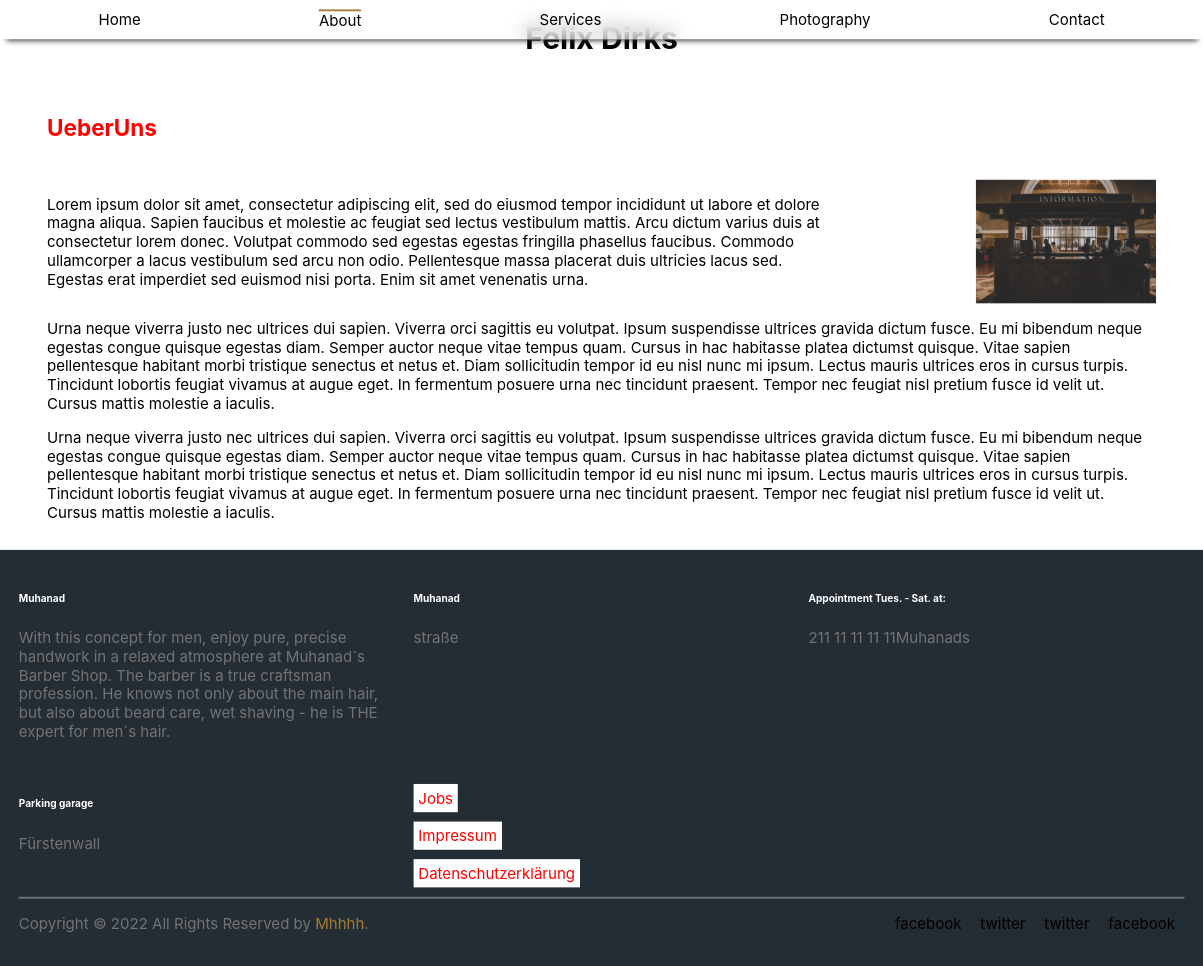
Repository: muhanad-musawi/backend-projekt-frondend
Page: /About (app in pohtographer/)
An editor plug-in stored every save of this project. The page is shown before and after a run of saves, followed by the edit.
The browser window is 1280 px wide. The pictures show the whole page, at 94% of full size.
The project was rebuilt for these pictures with package versions that can differ from the ones it lists, and the page was loaded fresh each time. The framework's server and built-in components were replaced by stand-ins that run in the browser. Also part of the build but not shown: pohtographer/next.config.js.

Above is the page before, as saved 2022-03-27 16:20:10.

### pohtographer/pages/_app.js
import '../styles/globals.css'
import Layout from '../layouts/default'

function MyApp({ Component, pageProps }) {


  const getLayout = Component.getLayout
  || ((page) => (<Layout>{page}</Layout>))

  return  getLayout (<Component {...pageProps} />


  )

}

export default MyApp

### pohtographer/pages/About.jsx

import styles from '../styles/main.module.css'
import Image from 'next/image'
import imgA from '../img/philip-strong-iOBTE2xsYko-unsplash.jpg'


function UeberUns() {
  return (
    <div>

    <div className={styles.mainContent}  >

    <h2 className={styles.hTwo} >UeberUns</h2>

    <div  className={styles.imgText} >
    <p className={styles.text} >Lorem ipsum dolor sit amet, consectetur adipiscing elit, sed do eiusmod tempor incididunt ut labore et dolore magna aliqua. Sapien faucibus et molestie ac feugiat sed lectus vestibulum mattis. Arcu dictum varius duis at consectetur lorem donec. Volutpat commodo sed egestas egestas fringilla phasellus faucibus. Commodo ullamcorper a lacus vestibulum sed arcu non odio. Pellentesque massa placerat duis ultricies lacus sed. Egestas erat imperdiet sed euismod nisi porta. Enim sit amet venenatis urna.
    </p>
    <Image width={192}  height={118} src={imgA} alt="" />
    </div>

    <p  className={styles.text}>Urna neque viverra justo nec ultrices dui sapien. Viverra orci sagittis eu volutpat. Ipsum suspendisse ultrices gravida dictum fusce. Eu mi bibendum neque egestas congue quisque egestas diam. Semper auctor neque vitae tempus quam. Cursus in hac habitasse platea dictumst quisque. Vitae sapien pellentesque habitant morbi tristique senectus et netus et. Diam sollicitudin tempor id eu nisl nunc mi ipsum. Lectus mauris ultrices eros in cursus turpis. Tincidunt lobortis feugiat vivamus at augue eget. In fermentum posuere urna nec tincidunt praesent. Tempor nec feugiat nisl pretium fusce id velit ut. Cursus mattis molestie a iaculis.</p>

    <p className={styles.text}>
    Urna neque viverra justo nec ultrices dui sapien. Viverra orci sagittis eu volutpat. Ipsum suspendisse ultrices gravida dictum fusce. Eu mi bibendum neque egestas congue quisque egestas diam. Semper auctor neque vitae tempus quam. Cursus in hac habitasse platea dictumst quisque. Vitae sapien pellentesque habitant morbi tristique senectus et netus et. Diam sollicitudin tempor id eu nisl nunc mi ipsum. Lectus mauris ultrices eros in cursus turpis. Tincidunt lobortis feugiat vivamus at augue eget. In fermentum posuere urna nec tincidunt praesent. Tempor nec feugiat nisl pretium fusce id velit ut. Cursus mattis molestie a iaculis.
    </p>

  </div>

  </div>
  )
}

export default UeberUns

### pohtographer/styles/globals.css
html,
body {
  padding: 0;
  margin: 0;
  font-family: -apple-system, BlinkMacSystemFont, Segoe UI, Roboto, Oxygen,
    Ubuntu, Cantarell, Fira Sans, Droid Sans, Helvetica Neue, sans-serif;
}

a {
  color: inherit;
  text-decoration: none;
}

* {
  box-sizing: border-box;
}

### pohtographer/layouts/default.jsx

import Header from '../components/Header'

import Footer from '../components/Footer'
import Head from 'next/head'


function Layout ({children}) {
  return (
    <div>
       <Header/>
       <Head>
        <title>my-App</title>
        <meta name="description" content="Generated by create next app" />
        <link rel="icon" href="/favicon.ico" />
      </Head>
      {children}
      <Footer/>
    </div>
  )
}

export default Layout

### pohtographer/styles/main.module.css


.mainContent{
  margin: 30px 50px;
}

.hTwo {
  color: red;
  margin: 40px 0px;
}

.text{
  text-align: left;


}

.imgText{
  display: flex;
  justify-content: space-between;
}

.imgText p {
  width: 70%;
 }

### pohtographer/components/Header.jsx
import Link from 'next/link'
import Image from 'next/image'
import home from '../img/home.svg'
import about from '../img/about.svg'
import service from '../img/service.svg'
import experience from '../img/experience.svg'
import contact from '../img/contact.svg'

import styles from '../styles/Header.module.css'
import { useRouter } from "next/router";



function Header() {

  const router = useRouter();

  return (
    <div className={styles.navbarCenter} >
      <h1 className={styles.logoName}>Felix Dirks</h1>
    <div className={styles.headerLinks}>

        <Link href="/">
          <a className={router.pathname == "/" ? styles.active : ""}><span className={styles.desktopVersion}>Home</span>
        <span className={styles.mobileVersion}>

          <span className={styles.img}> <Image  src={home} alt="home" /></span>


        </span></a>
        </Link>

        <Link href="/About">
          <a className={router.pathname == "/About" ? styles.active : ""}>
          <span className={styles.desktopVersion}>About</span>
        <span className={styles.mobileVersion}>


        <span className={styles.img} ><Image   src={about} alt="about" /></span>

        </span>
          </a>
        </Link>

        <Link href="/Services">
          <a className={router.pathname == "/Services" ? styles.active  : ""}>
          <span className={styles.desktopVersion}>Services</span>
        <span className={styles.mobileVersion}>

          <span className={styles.img}><Image  src={service} alt="service" /></span>


        </span>
          </a>
        </Link>

        <Link href="/Photography">
          <a className={router.pathname == "/Photography" ? styles.active  : ""}>
          <span className={styles.desktopVersion}>Photography</span>
        <span className={styles.mobileVersion}>

          <span className={styles.img} > <Image  src={home} alt="home" /></span>


        </span>
          </a>
        </Link>

        <Link href="/Contact">
          <div className={router.pathname == "/Contact" ? styles.active : ""}>
          <span className={styles.desktopVersion}>Contact</span>

        <span className={styles.mobileVersion}>

          <span className={styles.img} ><Image  src={contact} alt="contact" /></span>

        </span>
          </div>
        </Link>

        </div>

    </div>
  )
}

export default Header

### pohtographer/components/Footer.jsx
import Link from "next/link";
import styles from "../styles/Footer.module.css";

function Footer() {
  return (
    <div className={styles.footer}>

    <div className={styles.startFooter}>
      <div className={styles.conceptText}>
        <h6>Muhanad</h6>
        <p>
          With this concept for men, enjoy pure, precise handwork in a relaxed
          atmosphere at Muhanad`s Barber Shop. The barber is a true craftsman
          profession. He knows not only about the main hair, but also about
          beard care, wet shaving - he is THE expert for men`s hair.
        </p>
      </div>

      <div className={styles.adresseLink}>
        <h6>Muhanad</h6>
        <div>
          <Link href="'">straße</Link>
        </div>
      </div>

      <div className={styles.openingContactDetails}>
        <h6>Appointment Tues. - Sat. at:</h6>
        <div>
          <Link href="'">211 11 11 11 11</Link>
          <Link href="'">Muhanads</Link>
        </div>
      </div>

      <div className={styles.parkingGarage}>
        <h6>Parking garage</h6>
        <div>
          <Link href="'">Fürstenwall</Link>
        </div>
      </div>

      <div className={styles.jobsImpressumDatenschutzerklärungLink}>
      <div><Link href="#1">Jobs</Link></div>
      <div><Link href="#2">Impressum</Link></div>
       <div><Link href="#3">Datenschutzerklärung</Link></div>
      </div>
       </div>


      <div className={styles.endFooter}>

        <div className={styles.copyrightLink}>
          <p>
           Copyright &copy; 2022 All Rights Reserved by
           <span className={styles.link}><Link href="#">  Mhhhh</Link></span>.
          </p>
        </div>

        <div className={styles.socialMedia}>
          <ul className={styles.socialMediaUl}>
            <li>
              <span><Link href="#">facebook</Link></span>

            </li>
            <li>
              <span><Link href="#">twitter</Link></span>

            </li>
            <li>
              <span><Link href="#">twitter </Link></span>

            </li>
            <li>
              <span><Link href="#">facebook</Link></span>
            </li>
          </ul>
        </div>
      </div>
    </div>
  );
}

export default Footer;

### pohtographer/styles/Header.module.css
/*
$color-white:#ffffff;
$footer-color:#737373;
$color-gold:#a57d38;
$color-dark:#242d34;
*/




.navbarCenter {
  width: 100%;
  display: flex;
  justify-content: center;

}

.headerLinks {
  -webkit-backdrop-filter: blur(10px);
  backdrop-filter: blur(10px);
  background-color: rgba(255, 255, 255, 0.5);

  margin: auto auto;
  padding: 10px;
  margin-bottom: 50px;
  display: flex;
  justify-content: space-around;
  align-items: center;

  border-radius: 40px;
  overflow: hidden;
  position: fixed;
  bottom: 0;
  width: 85%;
}

.mobileVersion {
  display: flex;
  justify-content: center;
  align-items: center;
  visibility: visible;
  border: 1px solid #a57d38;
  border-radius: 60%;
}

.mobileVersion:hover {
  border: 1px solid #a57d38;
  background-color: #242d34;
  border-radius: 60%;
}

.active {
  background-color: #242d34;
  border-radius: 60%;
  border: 2px solid #a57d38;
}

.img {
  width: 40px;
  margin: 5px;
  margin-left: 10px;
  margin-right: 10px;
  margin-top: 10px;
}

.desktopVersion {
  display: none;
  visibility: hidden;
}



@media screen and (min-width: 1024px) {

  .navbarCenter {

    position: sticky;
    overflow: hidden;
    z-index: 2;
    top: 0;

    width: 100%;
  }


  .headerLinks {
    width: 100%;
    -webkit-backdrop-filter: blur(10px);
    backdrop-filter: blur(10px);
    background-color: rgba(255, 255, 255, 0.5);


    justify-content: space-around;
    margin-top: 0px;
    margin-bottom: 0px;
    border-radius: 0;
    bottom: unset;


    -webkit-box-shadow: 0 8px 6px -6px #242d34;
    -moz-box-shadow: 0 8px 6px -6px #242d34;
    box-shadow: 0 8px 6px -6px #242d34;
  }


  .active {

    background-color: initial;
    border-radius: 0;
    border: none;
    border-top: 2px solid #a57d38;
  }

  .mobileVersion {
    display: none;
    visibility: hidden;
  }

  .desktopVersion {


    display: block;
    visibility: visible;
  }




}

### pohtographer/styles/Footer.module.css


.footer {
  width: 100%;
  padding: 20px;
  background-color: rgba(36,45,52,1);
}

.startFooter {
  display: grid;
  grid-template-columns: 1fr;
  grid-template-rows: 1fr;
}

.conceptText h6{
  color: #ffffff;
}

.conceptText p {
  color: #737373;
}

.adresseLink h6{
  color: #ffffff;
}

.adresseLink div{
  color: #737373;
}

.openingContactDetails h6{
  color: #ffffff;
}

.openingContactDetails div{
  color: #737373;
}

.parkingGarage h6{
  color: #ffffff;
}

.parkingGarage div {
  color: #737373;
}

.jobsImpressumDatenschutzerklärungLink  div {
  margin: 10px 0;
  padding: 5px 5px;
  color: red;
  background-color: #ffffff;
  width: max-content;
}


.copyrightLink {
  color: #737373;
  display: flex;
}

.link {
  color: #a57d38;
}

.endFooter {
  width: 100%;
  display: flex;
  justify-content: space-between;
  flex-direction: column;
  align-items: center;
  border-top: 2px solid  #737373;
}

.socialMedia {
 text-align: center;
}

.socialMediaUl {
  list-style: none;
  display: flex;
 justify-content: space-between;
}

.socialMediaUl li {
  margin: 0;
}


@media screen and (min-width: 700px) {

  .startFooter {
    display: grid;
    grid-template-columns: 1fr 1fr ;
    grid-template-rows: auto;
    column-gap: 20px;
    row-gap: 20px;
  }

  .endFooter {
    flex-direction: row;
  }

  .socialMediaUl li {
    margin: 0 10px
  }

}

@media screen and (min-width: 1000px) {

  .startFooter {
    display: grid;
    grid-template-columns: 1fr 1fr 1fr;
    grid-template-rows: auto;

  }

  .socialMedia {
    text-align: center;
    display: flex;
    justify-content: space-between;
   }
}

After the next 2 saves:
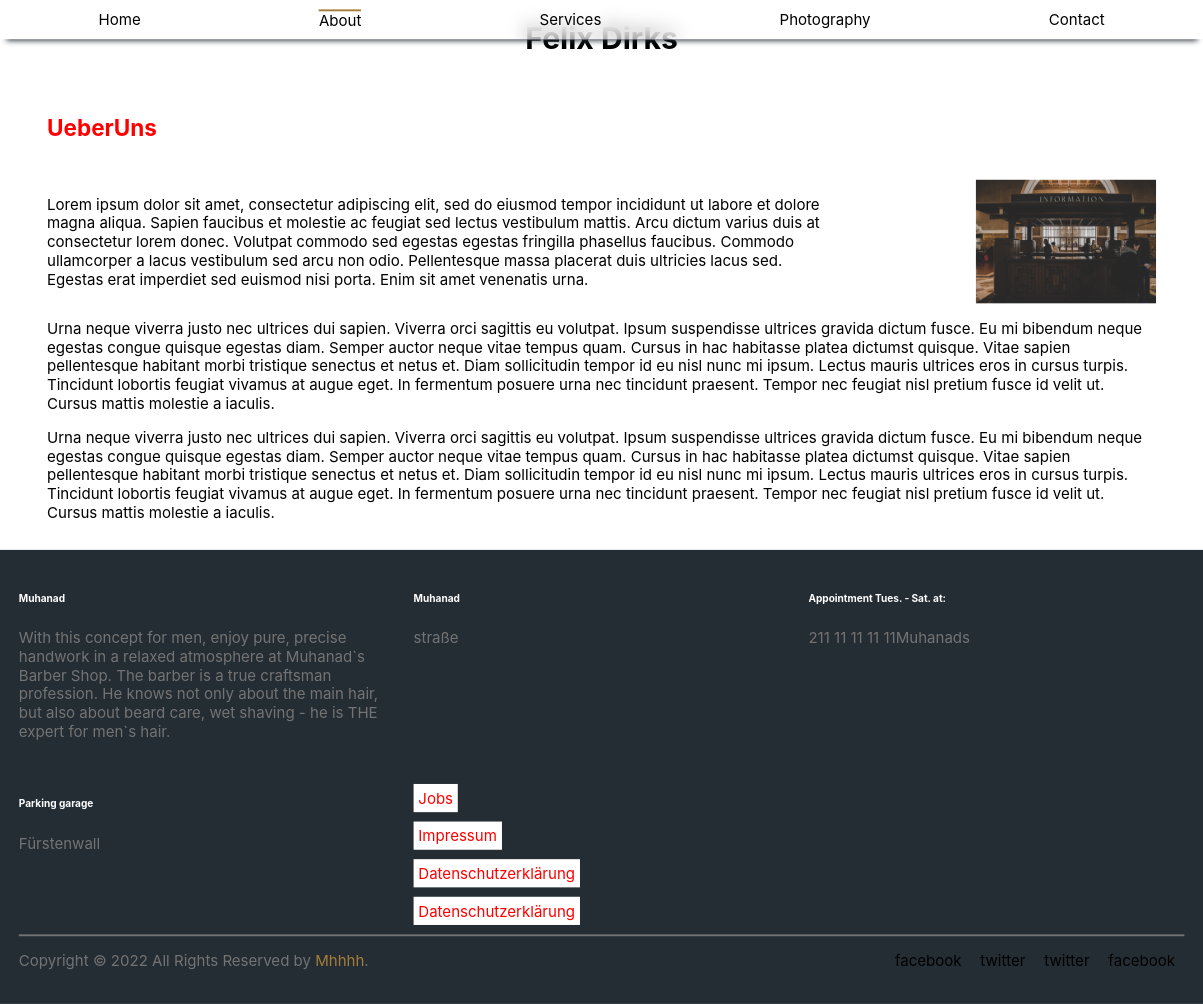
The 2 saves are shown as one change because they came seconds apart.
The last was saved 4 min 5 s later.
--- a/pohtographer/components/Footer.jsx
+++ b/pohtographer/components/Footer.jsx
@@ -42,6 +42,7 @@ function Footer() {
       <div><Link href="#1">Jobs</Link></div>
       <div><Link href="#2">Impressum</Link></div>
        <div><Link href="#3">Datenschutzerklärung</Link></div>
+       <div><Link href="#3">Datenschutzerklärung</Link></div>
       </div>
        </div>
 
